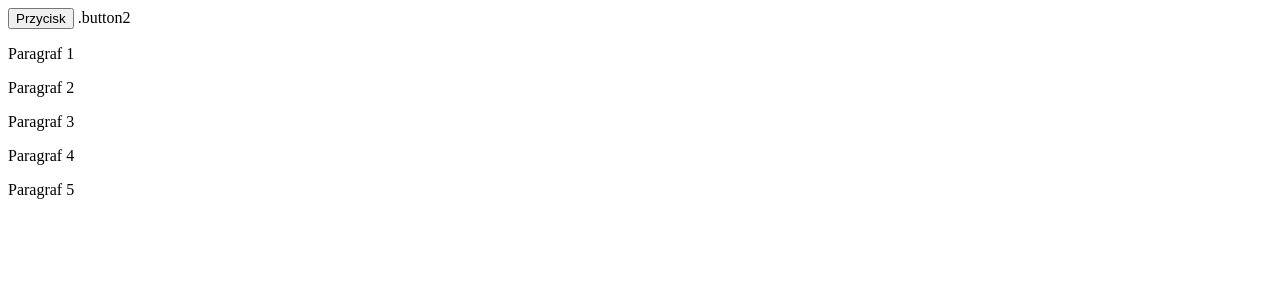
Repository: magdaf41/jQuery
Page: zadanie 2/index.html
These files come from the project's save history. The page is drawn as it stood at one moment and after the next save; the edit follows.
The browser window is 1280 px wide. The pictures show the whole page.
Some web libraries are served in a nearby version.

Above is the page before, as saved 2020-09-10 22:02:36.

After the next save:
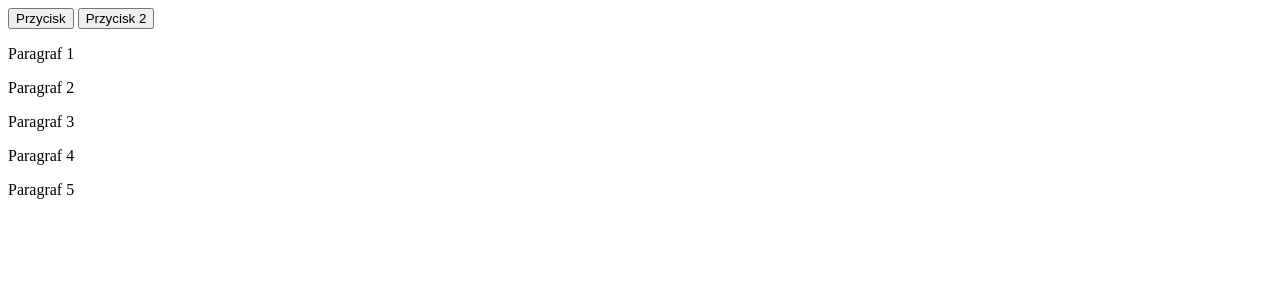
Saved 26 s later.
--- a/zadanie 2/js/main.js
+++ b/zadanie 2/js/main.js
@@ -11,7 +11,7 @@ $('#button1').click(function() {
 
 const button2 = $('<button class="button2">Przycisk 2</button>');
 console.log(button2);
-$('div').append('.button2');
+$('div').append('<button class="button2">Przycisk 2</button>');
 
 // let button1 = document.createElement("button1");  // Create with DOM
 // button1.innerHTML = "Przycisk1";
